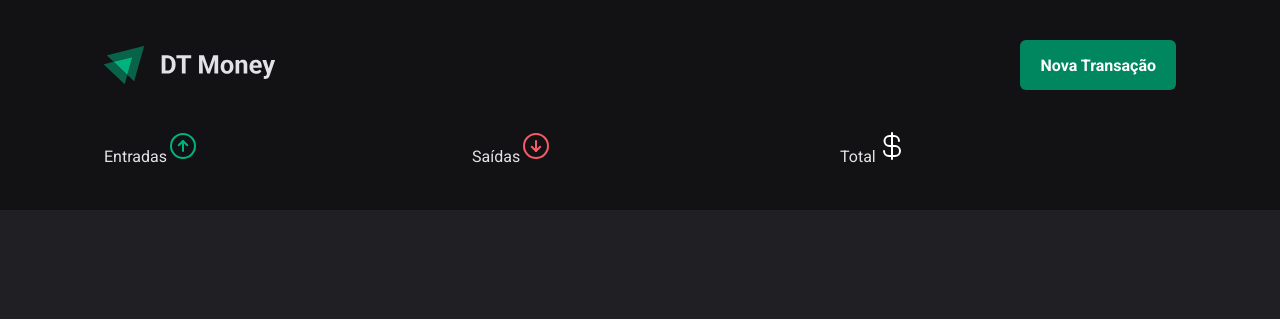
Repository: guilhermecardoso93/dtmoney-reactjs-ignite
Page: /
These files come from the project's save history. The page is drawn as it stood at one moment and after the next save; the edit follows.
The browser window is 1280 px wide. The pictures show the whole page.
The project was rebuilt for these pictures with package versions that can differ from the ones it lists, and the page was loaded fresh each time. Also part of the build but not shown: vite.config.ts.

Above is the page before, as saved 2022-08-15 21:18:00.

### index.html
<!DOCTYPE html>
<html lang="pt-BR">
  <head>
    <meta charset="UTF-8" />
    <link rel="icon" type="image/svg+xml" href="/vite.svg" />
    <link rel="preconnect" href="https://fonts.googleapis.com" />
    <link rel="preconnect" href="https://fonts.gstatic.com" crossorigin />
    <link
      href="https://fonts.googleapis.com/css2?family=Fredoka+One&family=Roboto:wght@300;400;500;700&display=swap"
      rel="stylesheet"
    />
    <meta name="viewport" content="width=device-width, initial-scale=1.0" />
    <title>Dt Money 2022</title>
  </head>
  <body>
    <div id="root"></div>
    <script type="module" src="/src/main.tsx"></script>
  </body>
</html>

### src/App.tsx
import { ThemeProvider } from "styled-components";
import { Header } from "./components/Header";
import { Summary } from "./components/Summary";
import { GlobalStyle } from "./styles/global";
import { defaultTheme } from "./styles/themes/default";

export function App() {
  return (
    <ThemeProvider theme={defaultTheme}>
      <GlobalStyle />
      <Header />
      <Summary />
    </ThemeProvider>
  );
}

### src/components/Header/index.tsx
import { HeaderContainer, HeaderContent, NewTransactionButton } from "./styles";
import LogoImg from "../../assets/logo.svg";

export function Header() {
  return (
    <HeaderContainer>
      <HeaderContent>
        <img src={LogoImg} alt="" />
        <NewTransactionButton>Nova Transação</NewTransactionButton>
      </HeaderContent>
    </HeaderContainer>
  );
}

### src/components/Summary/index.tsx
import { ArrowCircleDown, ArrowCircleUp, CurrencyDollar } from "phosphor-react";
import { SummaryContainer } from "./styles";

export function Summary() {
  return (
    <SummaryContainer>
      <div>
        <header>
          <span>Entradas</span>
          <ArrowCircleUp size={32} color="#00b37e" />
        </header>
      </div>
      <div>
        <header>
          <span>Saídas</span>
          <ArrowCircleDown size={32} color="#f75a68" />
        </header>
      </div>
      <div>
        <header>
          <span>Total</span>
          <CurrencyDollar size={32} color="#fff" />
        </header>
      </div>
    </SummaryContainer>
  );
}

### src/styles/global.ts
import { createGlobalStyle } from "styled-components";

export const GlobalStyle = createGlobalStyle`
* {
  margin: 0;
  padding: 0;
  box-sizing: border-box;
}

:focus {
  outline: 0;
  box-shadow:0 0 0 2ox ${(props) => props.theme["green-500"]} ;
}

body {
  background-color: ${(props) => props.theme["gray-800"]};
  color:${(props) => props.theme["gray-100"]}
}

body, input, text-area, button {
  font:400 1rem 'Roboto' ;
}
`;

### src/components/Header/styles.ts
import styled from "styled-components";

export const HeaderContainer = styled.header`
background-color: ${(props) => props.theme["gray-900"]};
padding: 2.5rem 0 7.5rem;
`;

export const HeaderContent = styled.div`
  width: 100%;
  max-width: 1120px;
  margin: 0 auto;
  padding: 0 1.5rem;

  display: flex;
  justify-content: space-between;
  align-items: center;
`;

export const NewTransactionButton = styled.button`
  height: 50px;
  border: 0;
  background-color: ${(props) => props.theme["green-500"]};
  color:${(props) => props.theme.white};
  font-weight:bold;
  padding: 0 1.25rem;
  border-radius: 6px;
  cursor: pointer;
  transition: background-color 0.2s;

  &:hover {
    background-color: ${(props) => props.theme["green-700"]};
  }
`;

### src/components/Summary/styles.ts
import styled, { css } from "styled-components";

export const SummaryContainer = styled.section`
  width: 100%;
  max-width: 1120px;
  margin: 0 auto;
  padding: 0 1.5rem;

  display:grid;
  grid-template-columns:  repeat(3, 1fr);
  gap: 2rem;

  margin-top: -5rem;
  `;

interface SummaryCardProps {
  variant?: "green";
}

export const SummaryCard = styled.div<SummaryCardProps>`
  background-color: ${(props) => props.theme["gray-600"]};
  border-radius: 6px;
  padding: 2rem;

  header{
    display: flex;
    align-items: center;
    justify-content: space-between;
    color: ${(props) => props.theme["gray-300"]};
  }

  strong {
    display: block;
    font-size: 2rem;
    margin-top: 1rem;
  }

  ${(props) =>
  props.variant === "green" && css`
    background-color: ${(props) => props.theme["gray-700"]};
  `}

`;

Loaded but not shown: src/main.tsx (common file); src/styles/themes/default.ts (common file)

After the next save:
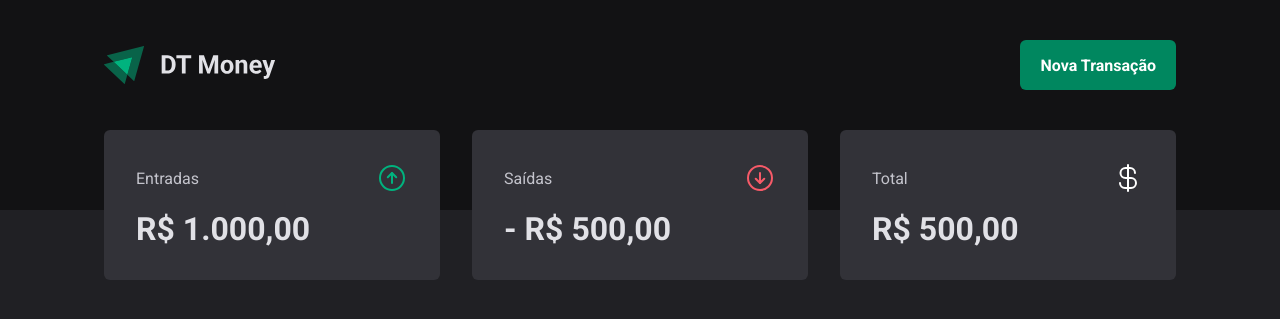
Saved 13 s later.
--- a/src/components/Summary/index.tsx
+++ b/src/components/Summary/index.tsx
@@ -1,27 +1,31 @@
 import { ArrowCircleDown, ArrowCircleUp, CurrencyDollar } from "phosphor-react";
-import { SummaryContainer } from "./styles";
+import { SummaryCard, SummaryContainer } from "./styles";
 
 export function Summary() {
   return (
     <SummaryContainer>
-      <div>
+      <SummaryCard>
         <header>
           <span>Entradas</span>
           <ArrowCircleUp size={32} color="#00b37e" />
         </header>
-      </div>
-      <div>
+        <strong>R$ 1.000,00</strong>
+      </SummaryCard>
+      <SummaryCard>
         <header>
           <span>Saídas</span>
           <ArrowCircleDown size={32} color="#f75a68" />
         </header>
-      </div>
-      <div>
+        <strong> - R$ 500,00</strong>
+
+      </SummaryCard>
+      <SummaryCard>
         <header>
           <span>Total</span>
           <CurrencyDollar size={32} color="#fff" />
         </header>
-      </div>
+        <strong>R$ 500,00</strong>
+      </SummaryCard>
     </SummaryContainer>
   );
 }
